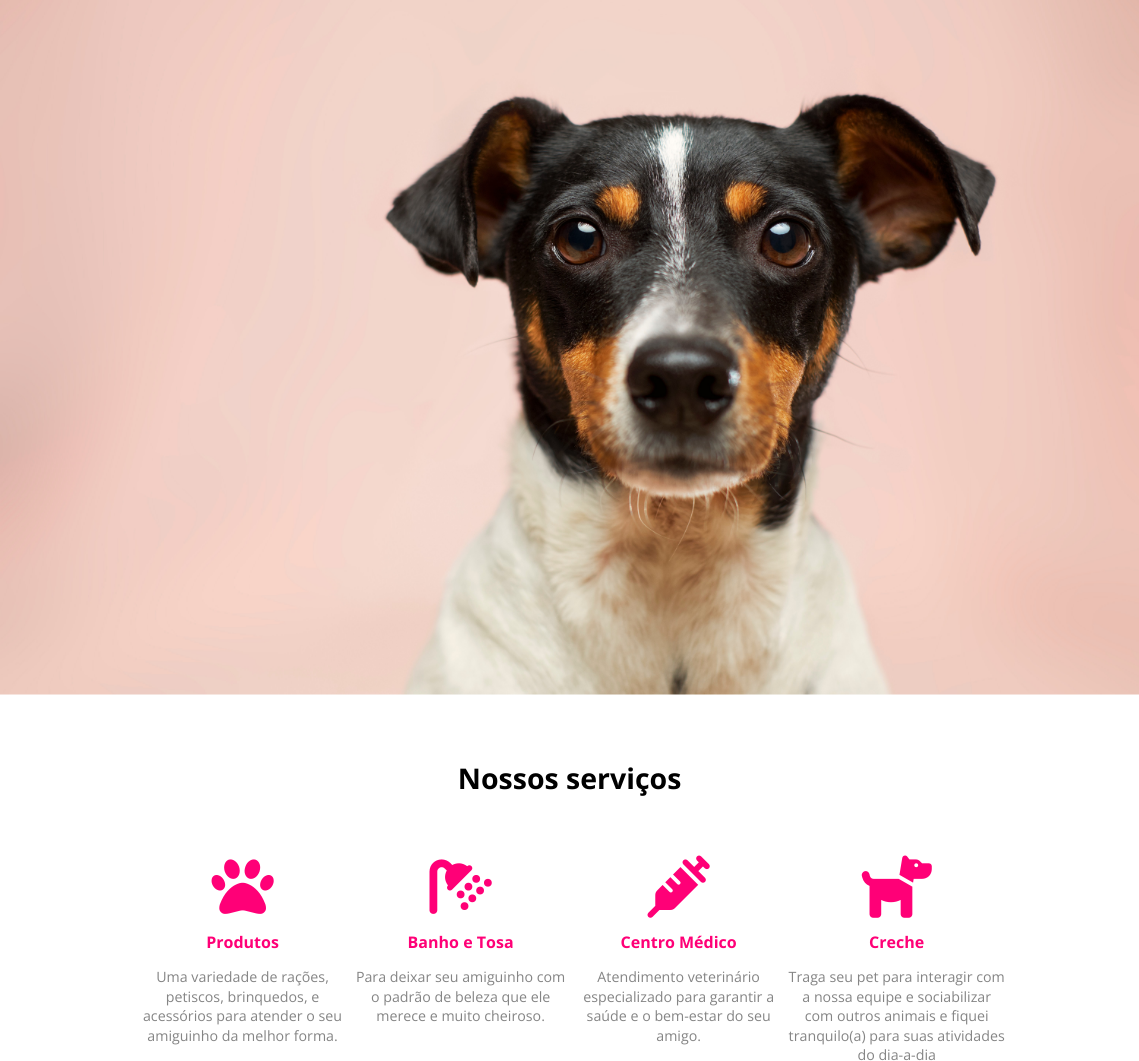
Repository: Carolden/ProhetoPetShop
Page: index.html
An editor plug-in stored every save of this project. The page is shown before and after the next save, followed by the edit.
The browser window is 1280 px wide. The pictures show the part of the page from y = 270 to 1462 px (the page is 2996 px tall before and 3018 px after), at 89% of full size.
A picture or video elsewhere on the page could not be fetched, so the positions and the page height are approximate.

Above is the page before, as saved 2023-04-28 10:37:20.

After the next save:
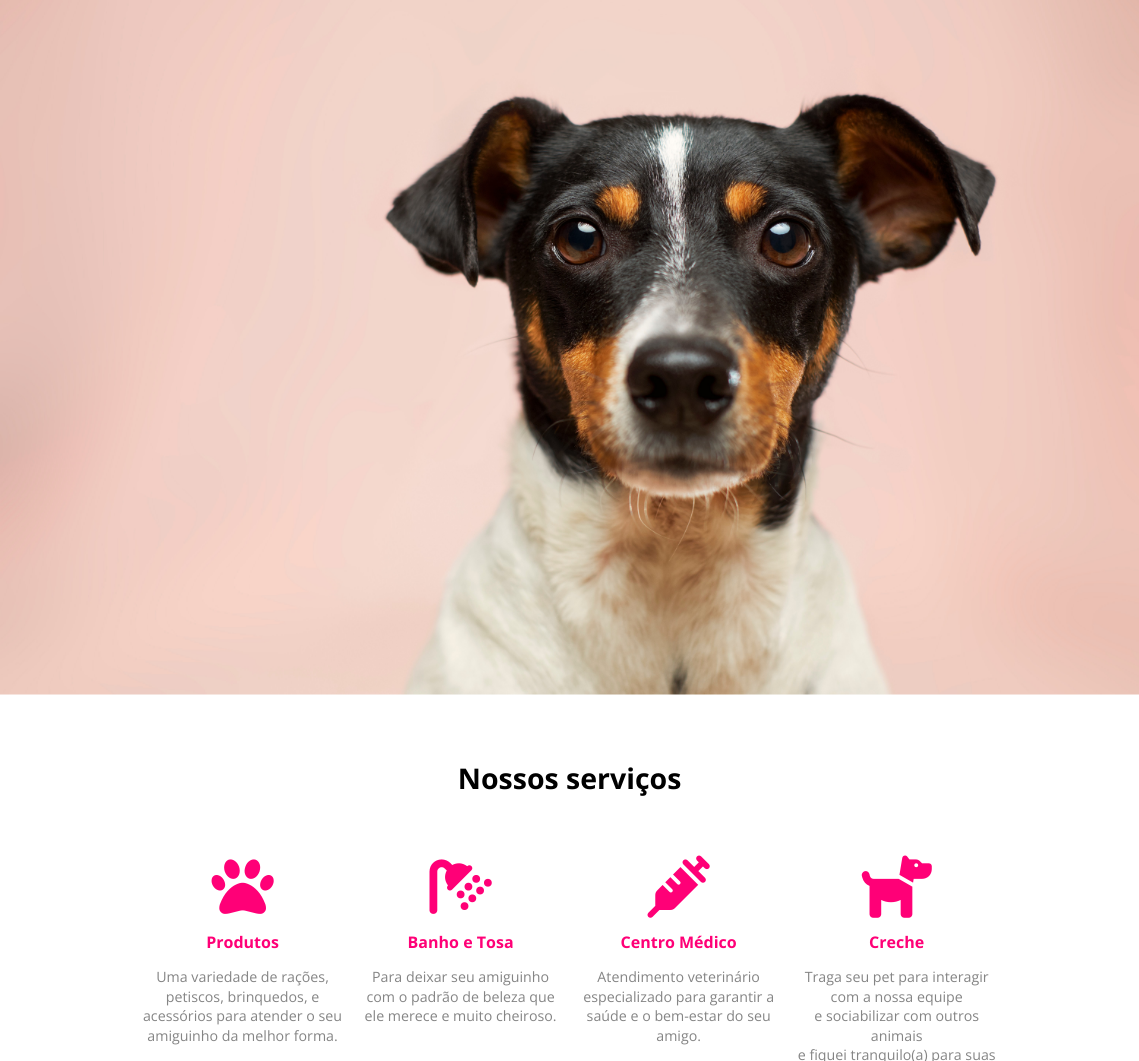
Saved 73 s later.
--- a/index.html
+++ b/index.html
@@ -58,19 +58,19 @@
                 <div class="servicescolumn">
                     <i class="fa-solid fa-shower"></i>
                     <h2>Banho e Tosa</h2>
-                    <p>Para deixar seu amiguinho com o padrão de beleza que ele merece e muito cheiroso.</p>
+                    <p>Para deixar seu amiguinho <br>com o padrão de beleza que <br>ele merece e muito cheiroso.</p>
                 </div>
 
                 <div class="servicescolumn">
                     <i class="fa-solid fa-syringe"></i>
                     <h2>Centro Médico</h2>
-                    <p>Atendimento veterinário especializado para garantir a saúde e o bem-estar do seu amigo. </p>
+                    <p>Atendimento veterinário <br>especializado para garantir a <br>saúde e o bem-estar do seu <br>amigo. </p>
                 </div>
 
                 <div class="servicescolumn">
                     <i class="fa-solid fa-dog"></i>
                     <h2>Creche</h2>
-                    <p>Traga seu pet para interagir com a nossa equipe e sociabilizar com outros animais e fiquei tranquilo(a) para suas atividades do dia-a-dia</p>
+                    <p>Traga seu pet para interagir <br>com a nossa equipe <br>e sociabilizar com outros animais <br>e fiquei tranquilo(a) para suas <br>atividades do dia-a-dia</p>
                 </div>
 
             </div>
